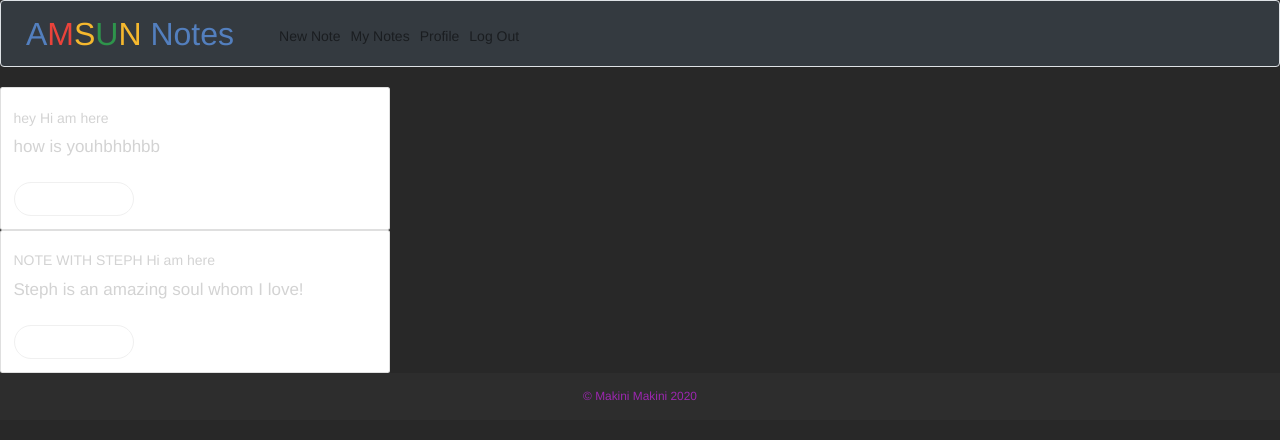
Repository: MakiniMakini/AMSUN-NOTES
Page: http://localhost/my_notes
These files come from the project's save history. The page is drawn as it stood at one moment and after the next save; the edit follows.
The browser window is 1280 px wide. The pictures show the whole page.
Some web fonts or font styles are not loaded; a fallback is used. The page is served by the project's application, run on Flask 3 (application.py). The session is filled in as if someone had signed in: {"user_id": 1}. The page reads the database file committed with the project.

Above is the page before, as saved 2020-12-20 17:11:31.

### templates/my_notes.html
{% extends "layout.html" %}

{% block title %}
    Notes
{% endblock %}

{% block main %}

{% for item in notes %}
<div class="card" style="width: 39rem;">
    <div class="card-body">

      <h5 class="card-title">{{item[0]}} Hi am here</h5>
      <p class="card-text">{{item[1]}}</p>
      <a href="#" class="btn btn-primary">Go somewhere</a>

    </div>
</div>

{% endfor %}


{% endblock %}

### templates/layout.html
<!DOCTYPE html>
<html lang="en">
    <head>
        <!-- Required meta tags -->
        <meta charset="utf-8">
        <meta name="viewport" content="width=device-width, initial-scale=1, shrink-to-fit=no">

        <!-- documentation at http://getbootstrap.com/docs/4.1/, alternative themes at https://bootswatch.com/ -->
        <link href="https://maxcdn.bootstrapcdn.com/bootstrap/4.1.3/css/bootstrap.min.css" rel="stylesheet">

        <!-- https://favicon.io/emoji-favicons/money-mouth-face/ -->
        <link href="/static/favicon.ico" rel="icon">

        <link href="/static/styles.css" rel="stylesheet">
        <link rel="stylesheet" href="/static/bootstrap.min.css" />
        <link rel="stylesheet" href="/static/animate.min.css" />
        <link rel="stylesheet" href="/static/ionicons.min.css" />
        <link rel="stylesheet" href="/static/styles2.css" />
        <link rel="stylesheet" href="/static/profile.css" />

        <script src="https://code.jquery.com/jquery-3.3.1.min.js"></script>
        <script src="https://cdnjs.cloudflare.com/ajax/libs/popper.js/1.14.3/umd/popper.min.js"></script>
        <script src="https://maxcdn.bootstrapcdn.com/bootstrap/4.1.3/js/bootstrap.min.js"></script>

        <title>AMSUN Notes: {% block title %}{% endblock %}</title>
    </head>

    <body>

        <nav class="navbar navbar-expand-md navbar-light bg-dark border">
            <a class="navbar-brand" href="/"><span class="blue">A</span><span class="red">M</span><span class="yellow">S</span><span class="green">U</span><span class="yellow">N</span> <span class="blue">Notes</span></a>
            <button aria-controls="navbar" aria-expanded="false" aria-label="Toggle navigation" class="navbar-toggler" data-target="#navbar" data-toggle="collapse" type="button">
                <span class="navbar-toggler-icon"></span>
            </button>
            <div class="collapse navbar-collapse" id="navbar">
                {% if session.user_id %}
                    <ul class="navbar-nav mr-auto mt-2">
                        <li class="nav-item"><a class="nav-link" href="/home">New Note</a></li>
                        <li class="nav-item"><a class="nav-link" href="/my_notes">My Notes</a></li>
                    </ul>
                    <ul class="navbar-nav ml-auto mt-2">
                        <li class="nav-item"><a class="nav-link" href="/profile">Profile</a></li>
                        <li class="nav-item"><a class="nav-link" href="/logout">Log Out</a></li>
                    </ul>
                {% else %}
                    <ul class="navbar-nav ml-auto mt-2">
                        <li class="nav-item"><a class="nav-link" href="/register">Register</a></li>
                        <li class="nav-item"><a class="nav-link" href="/login">Log In</a></li>
                    </ul>
                {% endif %}
            </div>
        </nav>

        {% if get_flashed_messages() %}
            <header>
                <div class="alert alert-primary border text-center" role="alert">
                    {{ get_flashed_messages() | join(" ") }}
                </div>
            </header>
        {% endif %}

        <main class="container p-0">

        </main>
        {% block main %}{% endblock %}

        <footer class="small text-center text-muted">
             <a href="https://makini-makini.herokuapp.com">© Makini Makini 2020</a>
        </footer>

    </body>
</html>

### application.py
import os

import sqlite3
from flask import Flask, flash, jsonify, redirect, render_template, request, session
from flask_session import Session
from tempfile import mkdtemp
from werkzeug.exceptions import default_exceptions, HTTPException, InternalServerError
from werkzeug.security import check_password_hash, generate_password_hash

from helpers import apology, login_required


# Configure application
app = Flask(__name__)

# Ensure templates are auto-reloaded
app.config["TEMPLATES_AUTO_RELOAD"] = True

# Ensure responses aren't cached
@app.after_request
def after_request(response):
    response.headers["Cache-Control"] = "no-cache, no-store, must-revalidate"
    response.headers["Expires"] = 0
    response.headers["Pragma"] = "no-cache"
    return response


# Configure session to use filesystem (instead of signed cookies)
app.config["SESSION_FILE_DIR"] = mkdtemp()
app.config["SESSION_PERMANENT"] = False
app.config["SESSION_TYPE"] = "filesystem"
Session(app)

# connecting to the database
connection = sqlite3.connect("amsun_notes.db", check_same_thread=False)

# cursor
db = connection.cursor()

# >>>>>>>>>>>>>>>>>>>>>>>>>>>>>>>ROUTES<<<<<<<<<<<<<<<<<<
@app.route("/")
def home_page():
    return render_template("home.html")

@app.route("/home")
@login_required
def index():
    return render_template("index.html")

@app.route("/profile")
@login_required
def profile():
    return render_template("profile.html")

@app.route("/my_notes")
@login_required
def my_notes():

    # logged user
    user_id = session['user_id']

    db.execute("SELECT title, notes FROM notes WHERE user_id=:user_id", {'user_id':user_id})
    notes = db.fetchall()

    print(notes)

    # Ensure user has notes
    if not notes:
        return render_template("index.html", message = "You Do Not Have Any Stock")

    return render_template("my_notes.html", notes=notes)

# >>>>>>>>>>>>>REGISTER<<<<<<<<<<<<<<<<<<<<<<<<<<<<<<<<<<<
@app.route("/register", methods=["GET", "POST"])
def register():
    """Register user"""

    # if 'GET' render Reg. form
    if request.method == "GET":
        return render_template("register.html")

    if request.method == "POST":

        username = request.form.get("username")
        # Ensure username is submitted
        if not request.form.get("username"):
             return apology("must provide username", 403)

        # Ensure password was submitted
        elif not request.form.get("password") and not request.form.get("confirmation"):
            return apology("must provide password and confirmation", 403)
        else:
            # query db
            db.execute("SELECT * FROM users WHERE username = :username",
                            {'username' : username})
            rows = db.fetchall()

            # check if user exists
            if len(rows) == 1:
                return apology("username already exists", 403)
            else:
                username = request.form.get("username")

            # password
            if request.form.get("password") == request.form.get("confirmation"):
                # hash password
                pwhash = generate_password_hash(request.form.get("password"), method='plain')
            else:
                return apology("passwords do not match", 403)

            # update db
            db.execute("INSERT INTO users (username, hash) VALUES (:username, :pwhash)", {'username':username, 'pwhash':pwhash})

            # To save the changes in the files. Never skip this.
            # If we skip this, nothing will be saved in the database.
            connection.commit()

            # # close the connection
            # connection.close()
            return redirect("/")


# >>>>>>>>>>>>>>>>>>>>>>LOGIN<<<<<<<<<<<<<<<<<<<<<<


@app.route("/login", methods=["GET", "POST"])
def login():
    """Log user in"""

    # Forget any user_id
    session.clear()

    # User reached route via POST (as by submitting a form via POST)
    if request.method == "POST":

        # Ensure username was submitted
        if not request.form.get("username"):
            return apology("must provide username", 403)

        # Ensure password was submitted
        elif not request.form.get("password"):
            return apology("must provide password", 403)

        # Query database for username
        db.execute("SELECT * FROM users WHERE username = :username",
                          {'username':request.form.get("username")})

        rows = db.fetchall()

        print(rows)
        # Ensure username exists and password is correct
        if len(rows) != 1 or not check_password_hash(rows[0][2], request.form.get("password")):
            return apology("invalid username and/or password", 403)

    # Remember which user has logged in
        session["user_id"] = rows[0][0]

        # Redirect user to home page
        return redirect("/")

    # User reached route via GET (as by clicking a link or via redirect)
    else:
        return render_template("login.html")

#>>>>>>>>>>>>>>>>>>>>>>>>>>>LOGOUT<<<<<<<<<<<<<<<<<<<<<<<<

@app.route("/logout")
def logout():
    """Log user out"""

    # Forget any user_id
    session.clear()

    # Redirect user to login form
    return redirect("/")


# >>>>>>>>>>>>>>>>>>>SAVE NOTES <<<<<<<<<<<<<<<<<<<<<<<<<
@app.route("/notes", methods=["GET", "POST"])
@login_required
def save():
    #save notes to database

    # logged user
    user_id = session['user_id']

    if request.method == "POST":

        # get the title
        title = request.form.get("title")

        #get notes
        notes = request.form.get("notes")

        # ensure the fields are not blank
        if not request.form.get("notes"):
            return apology('must write something', 403)
        else:
            db.execute("INSERT INTO notes (user_id, title, notes) VALUES (:user_id, :title, :notes)", {'user_id':user_id, 'title':title, 'notes':notes})

            # save to data base
            connection.commit()
            return render_template("index.html")

### helpers.py
import os
import requests
import urllib.parse

from flask import redirect, render_template, request, session
from functools import wraps

def apology(message, code=400):
    """Render message as an apology to user."""
    def escape(s):
        """
        Escape special characters.

        https://github.com/jacebrowning/memegen#special-characters
        """
        for old, new in [("-", "--"), (" ", "-"), ("_", "__"), ("?", "~q"),
                         ("%", "~p"), ("#", "~h"), ("/", "~s"), ("\"", "''")]:
            s = s.replace(old, new)
        return s
    return render_template("apology.html", top=code, bottom=escape(message)), code


def login_required(f):
    """
    Decorate routes to require login.

    http://flask.pocoo.org/docs/1.0/patterns/viewdecorators/
    """
    @wraps(f)
    def decorated_function(*args, **kwargs):
        if session.get("user_id") is None:
            return redirect("/login")
        return f(*args, **kwargs)
    return decorated_function

### static/styles.css
nav .navbar-brand {
	/* size for brand */
	font-size: xx-large;
}

/* colors for brand */
nav .navbar-brand .blue {
	color: #537fbe;
}
nav .navbar-brand .red {
	color: #ea433b;
}
nav .navbar-brand .yellow {
	color: #f5b82e;
}
nav .navbar-brand .green {
	color: #2e944b;
}

main .form-control {
	/* center form controls */
	display: inline-block;

	/* override Bootstrap's 100% width for form controls */
	width: auto;
}

main {
	/* scroll horizontally as needed */
	overflow-x: auto;

	/* center contents */
	text-align: center;
}

main img {
	/* constrain images on small screens */
	max-width: 100%;
}

/* Split the screen in half */
.split {
	height: 100%;
	width: 50%;
	position: fixed;
	z-index: -1;
	top: 0;
	overflow-x: hidden;
	padding-top: 20px;
}

/* Control the left side */
.left {
	left: 0;
	background-color: #111;
}

/* Control the right side */
.right {
	right: 0;
	background-color: rgb(121, 95, 95);
}

/* If you want the content centered horizontally and vertically */
.centered {
	position: absolute;
	top: 50%;
	left: 50%;
	transform: translate(-50%, -50%);
	text-align: center;
}

/* Style the image inside the centered container, if needed */
.centered img {
	width: 150px;
	border-radius: 50%;
}

textarea {
	font-family: monospace;
}

body,
html {
	height: 100%;
}

.landing_page {
	background-image: url("https://images.unsplash.com/photo-1605160535955-e77f7c61d04f?ixid=MXwxMjA3fDB8MHxwaG90by1wYWdlfHx8fGVufDB8fHw%3D&ixlib=rb-1.2.1&auto=format&fit=crop&w=1053&q=80");
	width: 100%;
	height: 100%;
	background-position: center;
	background-repeat: no-repeat;
	background-size: cover;
	position: relative;
	display: table;
}

#images {
	position: relative;
	z-index: 1;
}
#one {
	border-radius: 10%;
}
#two {
	border-radius: 90%;
}
#three {
	border-radius: 10%;
}

#home_tag {
	z-index: 1;
	color: azure;
	text-align: center;
	height: 50%;
}

### static/styles2.css
/*

Landing Zero theme - A free landing page theme from BootstrapZero
http://www.bootstrapzero.com

*/

@import url(https://fonts.googleapis.com/css?family=Questrial);
@import url(http://fonts.googleapis.com/css?family=Dancing+Script:700);

html,
body {
	width: 100%;
	height: 100%;
}

body {
	font-family: 'Questrial', 'Helvetica Neue', Arial, sans-serif;
	background-color: #282828;
	color: #d3d3d3;
	webkit-tap-highlight-color: #222;
}

hr {
	max-width: 80px;
	border-width: 3px;
	opacity: 0.09;
	margin-top: 15px;
	margin-bottom: 15px;
}

hr.light {
	border-color: #fff;
}

a {
	color: #9c27b0;
	-webkit-transition: all .35s;
	-moz-transition: all .35s;
	transition: all .35s;
}

a:hover,
a:focus {
	color: #9c27c1;
	outline: 0;
}

h1,
h2,
h3,
h4,
h5,
h6 {
	font-family: 'Questrial', 'Helvetica Neue', Arial, sans-serif;
}

p {
	font-size: 17px;
	line-height: 1.7;
	margin-bottom: 20px;
}

.wide-space {
	letter-spacing: 1.6px;
}

.icon-lg {
	font-size: 50px;
	line-height: 18px;
}

.bg-primary {
	background-color: #333;
}

.bg-dark {
	color: #eee;
	background-color: #222;
}

.cursive {
	font-family: 'Dancing Script', cursive;
	text-transform: none;
}

.text-faded {
	color: rgba(245, 245, 245, 0.7);
}

.text-dark {
	color: #111;
}

.text-primary {
	color: #9c27b0;
}

.modal-content {
	background-color: #1d1d1d;
}

section {
	padding: 70px 0;
}

aside {
	padding: 50px 0;
}

footer {
	padding: 15px;
}

.no-padding {
	padding: 0;
}

.navbar-default {
	border-color: rgba(35, 35, 35, .05);
	font-family: 'Questrial', 'Helvetica Neue', Arial, sans-serif;
	background-color: #222;
	-webkit-transition: all .4s;
	-moz-transition: all .4s;
	transition: all .4s;
}

.navbar-header > .navbar-brand {
	font-family: 'Questrial', 'Helvetica Neue', Arial, sans-serif;
	color: #9c27b0;
	padding: 15px;
	-webkit-transition: padding .2s ease-in;
	-moz-transition: padding .2s ease-in;
	transition: padding .2s ease-in;
}

.navbar-header > .navbar-brand:hover,
.navbar-header > .navbar-brand:focus {
	color: #8b27b0;
}

.navbar-default .navbar-toggle:focus,
.navbar-default .navbar-toggle:hover {
	background-color: #181818;
}
.navbar-default .navbar-toggle,
.navbar-default .navbar-collapse {
	border-color: transparent;
}

.navbar-default .nav > li > a,
.navbar-default .nav > li > a:focus {
	text-transform: uppercase;
	font-size: 13px;
	font-weight: 700;
	color: #eee;
}

.navbar-default .nav > li > a:hover,
.navbar-default .nav > li > a:focus:hover {
	color: #9c27b0;
}

.navbar-default .nav > li.active > a,
.navbar-default .nav > li.active > a:focus {
	color: #9c27b0 !important;
	background-color: transparent;
}

.navbar-default .nav > li.active > a:hover,
.navbar-default .nav > li.active > a:focus:hover {
	background-color: transparent;
}

@media (min-width: 768px) {
	.navbar-default {
		border-color: transparent;
		background-color: transparent;
		min-height: 60px;
	}

	.navbar-header > .navbar-brand {
		color: rgba(255, 255, 255, 0.7);
		padding: 19px;
	}

	.navbar-default .navbar-header .navbar-brand:hover,
	.navbar-default .navbar-header .navbar-brand:focus {
		color: #f4f4f4;
	}

	.navbar-default .nav > li > a,
	.navbar-default .nav > li > a:focus {
		color: rgba(255, 255, 255, 0.8);
		padding: 20px;
		letter-spacing: 1.1px;
		text-shadow: 1px 1px 1px rgba(60, 60, 60, 0.7);
	}

	.navbar-default .nav > li > a:hover,
	.navbar-default .nav > li > a:focus:hover {
		color: #fefefe;
	}

	.navbar-default.affix {
		border-color: rgba(34, 34, 34, .05);
		background-color: #222;
	}

	.navbar-default.affix .navbar-header .navbar-brand {
		font-size: 15px;
		color: #9c27b0;
		padding: 20px;
		letter-spacing: 1px;
	}

	.navbar-default.affix .navbar-header .navbar-brand:hover,
	.navbar-default.affix .navbar-header .navbar-brand:focus {
		color: #8b27b0;
	}

	.navbar-default.affix .nav > li > a,
	.navbar-default.affix .nav > li > a:focus {
		color: #ddd;
		text-shadow: 1px 1px 1px rgba(30, 30, 30, 0.7);
	}

	.navbar-default.affix .nav > li > a:hover,
	.navbar-default.affix .nav > li > a:focus:hover {
		color: #9c27b0;
	}
}

header {
	position: relative;
	min-height: auto;
	text-align: center;
	color: #fff;
	width: 100%;
	background-color: #c9c9c9;
	background-image: url('https://splashbase.s3.amazonaws.com/lifeofpix/regular/Life-of-Pix-free-stock-photos-Slate-Stone-Xeromatic-1440x953.jpg');
	background-position: center;
	-webkit-background-size: cover;
	-moz-background-size: cover;
	background-size: cover;
	-o-background-size: cover;
}

header .header-content {
	position: relative;
	width: 100%;
	padding: 100px 15px;
	text-align: center;
	z-index: 2;
}

header .header-content .inner h1 {
	margin-top: 0;
	margin-bottom: 0;
}

header .header-content .inner p {
	margin-bottom: 50px;
	font-size: 16px;
	font-weight: 300;
	color: rgba(255, 255, 255, 0.7);
}

#video-background {
	position: absolute;
	right: 0;
	bottom: 0;
	min-width: 100%;
	min-height: 100%;
	width: auto;
	height: auto;
	z-index: 1;
}

#video-background.collapsing {
	display: none;
}

footer {
	background-color: #2d2d2d;
}

@media (min-width: 768px) {
	.icon-lg {
		font-size: 80px;
	}

	header {
		min-height: 100%;
	}

	header .header-content {
		position: absolute;
		top: 50%;
		padding: 0 50px;
		-webkit-transform: translateY(-50%);
		-ms-transform: translateY(-50%);
		transform: translateY(-50%);
	}

	header .header-content .inner {
		margin-right: auto;
		margin-left: auto;
		max-width: 1000px;
	}

	header .header-content .inner h1 {
		font-size: 53px;
	}

	header .header-content .inner p {
		margin-right: auto;
		margin-left: auto;
		max-width: 80%;
		font-size: 18px;
	}

	section {
		min-height: 600px;
		padding: 100px 0;
	}
}

.form-control {
	display: block;
	width: 100%;
	height: 35px;
	padding: 6px 12px;
	font-size: 14px;
	line-height: 1.5;
	color: #eee;
	background-color: #36333d;
	background-image: none;
	border: 1px solid #36333d;
	border-radius: 4px;
	box-shadow: inset 0 1px 1px rgba(0, 0, 0, 0.075);
	transition: border-color ease-in-out .15s, box-shadow ease-in-out .15s;
}

.form-control:focus {
	color: #222;
	background-color: #ccc;
	box-shadow: none;
}

textarea {
	resize: none;
}

.margin-top-0 {
	margin-top: 0;
}

.feature {
	margin: 50px auto 0;
	max-width: 400px;
}

@media (min-width: 992px) {
	.feature {
		margin: 20px auto 0;
	}
}

.feature p {
	margin-bottom: 0;
}

.call-to-action h2 {
	margin: 0 auto 20px;
}

.gallery-box {
	display: block;
	position: relative;
	margin: 0 auto;
	max-width: 650px;
	overflow: hidden;
}

.gallery-box .gallery-box-caption {
	display: block;
	position: absolute;
	bottom: 0;
	width: 100%;
	height: 100%;
	text-align: center;
	color: #fff;
	opacity: 0;
	background: rgba(44, 44, 44, .8);
	-webkit-transition: all .35s;
	-moz-transition: all .35s;
	transition: all .35s;
}

.gallery-box .gallery-box-caption .gallery-box-content {
	position: absolute;
	top: 50%;
	width: 100%;
	text-align: center;
	transform: translateY(-50%);
}

.gallery-box:hover .gallery-box-caption {
	opacity: 1;
}

.gallery-box:hover img {
	-webkit-transform: scale(1.1);
	-ms-transform: scale(1.1);
	transform: scale(1.1);
}

.gallery-box img {
	-webkit-transition: all 300ms ease-in-out;
	transition: all 300ms ease-in-out;
}

.no-gutter > [class*=col-] {
	padding-right: 0;
	padding-left: 0;
}

.btn-default {
	border-color: #fff;
	color: #222;
	background-color: #fff;
	-webkit-transition: all .35s;
	-moz-transition: all .35s;
	transition: all .35s;
}

.btn-default:hover,
.btn-default:focus,
.btn-default.focus,
.btn-default:active,
.btn-default.active,
.open > .dropdown-toggle.btn-default {
	border-color: #ededed;
	color: #222;
	background-color: #f2f2f2;
	opacity: 0.7;
}

.btn-default:active,
.btn-default.active,
.open > .dropdown-toggle.btn-default {
	background-image: none;
}

.btn-default.disabled,
.btn-default[disabled],
fieldset[disabled] .btn-default,
.btn-default.disabled:hover,
.btn-default[disabled]:hover,
fieldset[disabled] .btn-default:hover,
.btn-default.disabled:focus,
.btn-default[disabled]:focus,
fieldset[disabled] .btn-default:focus,
.btn-default.disabled.focus,
.btn-default[disabled].focus,
fieldset[disabled] .btn-default.focus,
.btn-default.disabled:active,
.btn-default[disabled]:active,
fieldset[disabled] .btn-default:active,
.btn-default.disabled.active,
.btn-default[disabled].active,
fieldset[disabled] .btn-default.active {
	border-color: #fff;
	background-color: #fff;
	opacity: 0.7;
}

.btn-default .badge {
	color: #fff;
	background-color: #222;
}

.btn.btn-primary {
	background-color: transparent;
	border: 1px solid #f0f0f0;
	border-color: #f0f0f0;
	-webkit-transition: all .35s;
	-moz-transition: all .35s;
	transition: all .35s;
}

.btn.btn-primary:hover {
	opacity: 0.7;
}

.btn {
	border: 0;
	border-radius: 290px;
	font-family: 'Helvetica Neue', Arial, sans-serif;
}

.btn-xl {
	padding: 15px 30px;
	font-size: 20px;
}

::-moz-selection {
	text-shadow: none;
	color: #fff;
	background: #222;
}

::selection {
	text-shadow: none;
	color: #fff;
	background: #222;
}

img::selection {
	color: #fff;
	background: 0 0;
}

img::-moz-selection {
	color: #fff;
	background: 0 0;
}

### static/profile.css
/* Profile container */
.profile {
	margin: 20px 0;
}

/* Profile sidebar */
.profile-sidebar {
	padding: 20px 0 10px 0;
	background: #fff;
}

.profile-userpic img {
	float: none;
	margin: 0 auto;
	width: 50%;
	height: 50%;
	-webkit-border-radius: 50% !important;
	-moz-border-radius: 50% !important;
	border-radius: 50% !important;
}

.profile-usertitle {
	text-align: center;
	margin-top: 20px;
}

.profile-usertitle-name {
	color: #5a7391;
	font-size: 16px;
	font-weight: 600;
	margin-bottom: 7px;
}

.profile-usertitle-job {
	text-transform: uppercase;
	color: #5b9bd1;
	font-size: 12px;
	font-weight: 600;
	margin-bottom: 15px;
}

.profile-userbuttons {
	text-align: center;
	margin-top: 10px;
}

.profile-userbuttons .btn {
	text-transform: uppercase;
	font-size: 11px;
	font-weight: 600;
	padding: 6px 15px;
	margin-right: 5px;
}

.profile-userbuttons .btn:last-child {
	margin-right: 0px;
}

.profile-usermenu {
	margin-top: 30px;
}

.profile-usermenu ul li {
	border-bottom: 1px solid #f0f4f7;
}

.profile-usermenu ul li:last-child {
	border-bottom: none;
}

.profile-usermenu ul li a {
	color: #93a3b5;
	font-size: 14px;
	font-weight: 400;
}

.profile-usermenu ul li a i {
	margin-right: 8px;
	font-size: 14px;
}

.profile-usermenu ul li a:hover {
	background-color: #fafcfd;
	color: #5b9bd1;
}

.profile-usermenu ul li.active {
	border-bottom: none;
}

.profile-usermenu ul li.active a {
	color: #5b9bd1;
	background-color: #f6f9fb;
	border-left: 2px solid #5b9bd1;
	margin-left: -2px;
}

/* Profile Content */
.profile-content {
	padding: 20px;
	background: #fff;
	min-height: 460px;
}

### amsun_notes.db (the tables this page reads, as SQL)
CREATE TABLE 'notes' (
    'note_id' INTEGER PRIMARY KEY AUTOINCREMENT NOT NULL,
    'user_id' INTEGER NOT NULL, 
    'title' TEXT NOT NULL, 
    'notes' TEXT NOT NULL,
    FOREIGN KEY(user_id) REFERENCES users(id)
    );
INSERT INTO "notes" VALUES
(11, 2, 'sasa', 'sdsdsdsd'),
(18, 3, 'I am here', 'I am here to see here'),
(19, 3, 'Bike Kali', 'Reading about people'),
(21, 4, 'trip to msa', 'niliona mzungu yaaaayyyy'),
(22, 1, 'hey', 'how is youhbhbhbb'),
(26, 1, 'NOTE WITH STEPH', 'Steph is an amazing soul whom I love! ');

Loaded but not shown: static/bootstrap.min.css (library); static/animate.min.css (library); static/ionicons.min.css (library)

After the next save:
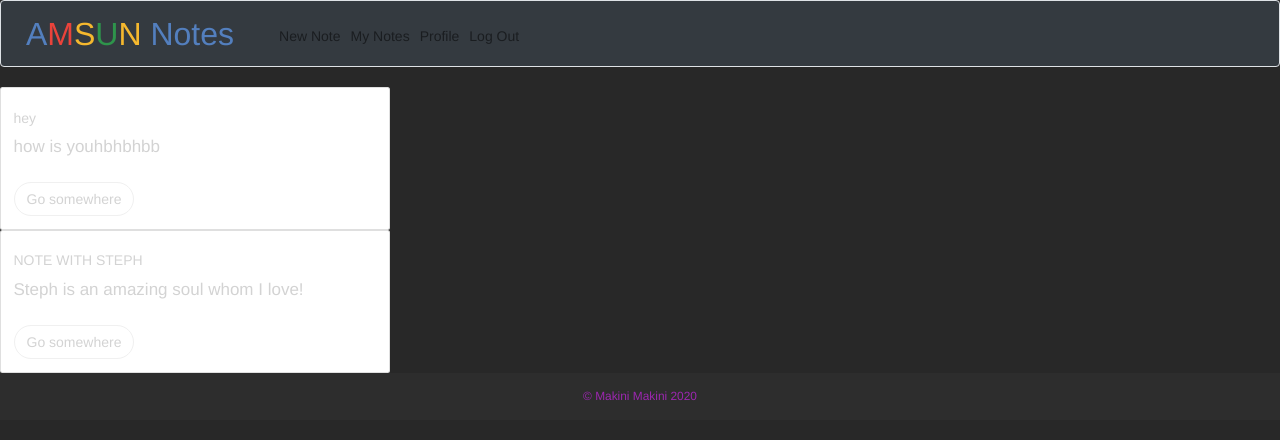
Saved 44 s later.
--- a/templates/my_notes.html
+++ b/templates/my_notes.html
@@ -10,9 +10,9 @@
 <div class="card" style="width: 39rem;">
     <div class="card-body">
 
-      <h5 class="card-title">{{item[0]}} Hi am here</h5>
+      <h5 class="card-title">{{item[0]}}</h5>
       <p class="card-text">{{item[1]}}</p>
-      <a href="#" class="btn btn-primary">Go somewhere</a>
+      <a class="btn btn-primary">Go somewhere</a>
 
     </div>
 </div>
